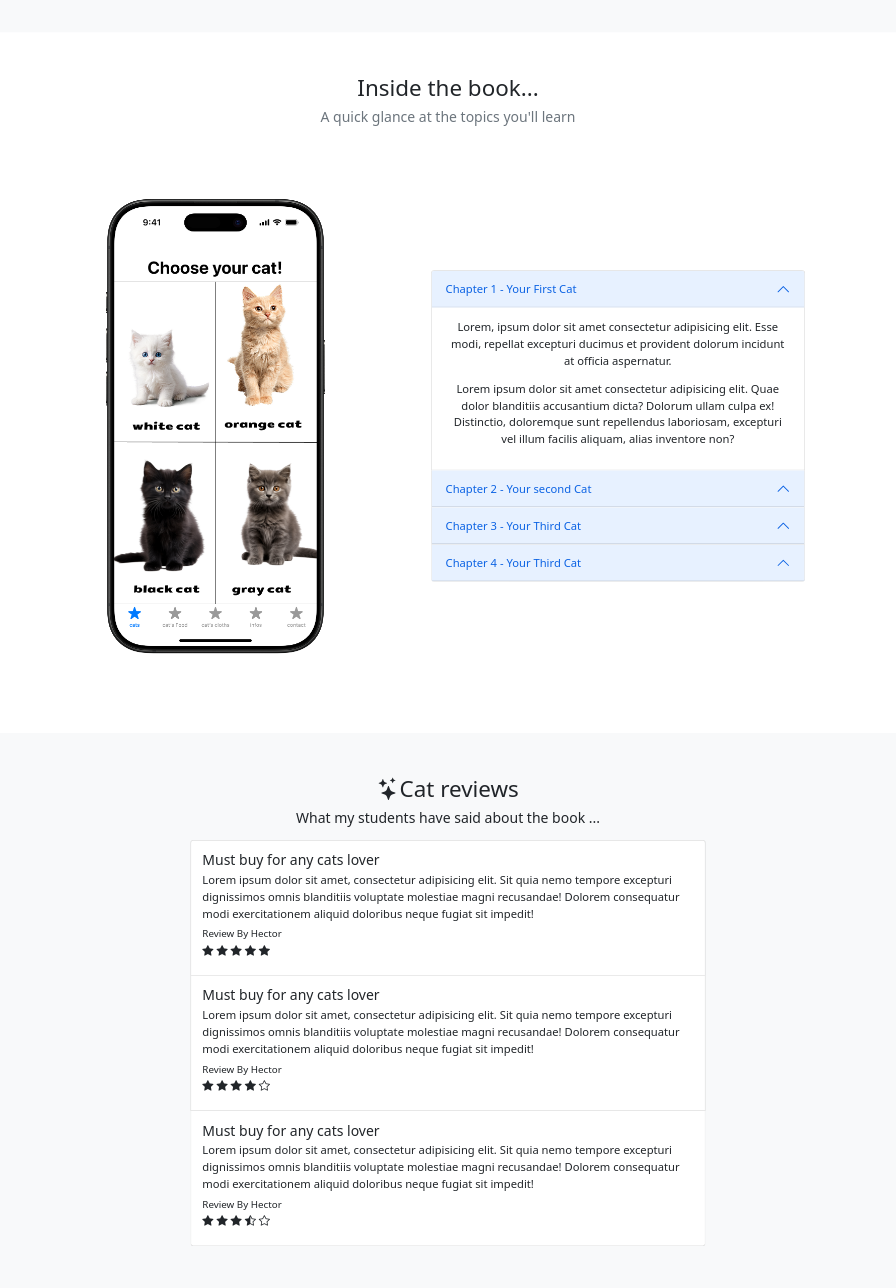
Repository: rihebtlh/catty-storefront
Page: index.html
These files come from the project's save history. The page is drawn as it stood at one moment and after the next save; the edit follows.
The browser window is 1280 px wide. The pictures show the part of the page from y = 1413 to 3333 px (the page is 3253 px tall before and 3333 px after), at 70% of full size.

Above is the page before, as saved 2025-06-18 16:45:05.

### index.html
<!DOCTYPE html>
<html lang="en">
<head>
  <meta charset="UTF-8" />
  <meta name="viewport" content="width=device-width, initial-scale=1.0" />
  <link
    href="https://cdn.jsdelivr.net/npm/bootstrap@5.0.2/dist/css/bootstrap.min.css"
    rel="stylesheet"
    integrity="sha384-EVSTQN3/azprG1Anm3QDgpJLIm9Nao0Yz1ztcQTwFspd3yD65VohhpuuCOmLASjC"
    crossorigin="anonymous"
  />
  <link rel="stylesheet" href="https://cdn.jsdelivr.net/npm/bootstrap-icons@1.13.1/font/bootstrap-icons.min.css">
  <title>Catty</title>
  <style>
    section {
      padding: 60px 0;
    }
  </style>
</head>
<body>
  <!-- Navbar -->
    <nav class="navbar navbar-expand-md navbar-light bg-light">
        <div class="container-xxl">
            <a href="#intro" class="navbar-brand">
                <span class="fw-bold text-secondary">Catty - find your cat</span>
            </a>
      <!-- Toggle button -->
            <button
                class="navbar-toggler"
                type="button"
                data-bs-toggle="collapse"
                data-bs-target="#main-nav"
                aria-controls="main-nav"
                aria-expanded="false"
                aria-label="Toggle navigation">
                <span class="navbar-toggler-icon"></span>
            </button>
      <!-- Navbar links -->
            <div class="collapse navbar-collapse justify-content-end align-center" id="main-nav">
                <ul class="navbar-nav">
                <li class="nav-item">
                    <a class="nav-link" href="#topics">About</a>
                </li>
                <li class="nav-item">
                    <a class="nav-link" href="#reviews">Reviews</a>
                </li>
                <li class="nav-item">
                    <a class="nav-link" href="#contact">Get in Touch</a>
                </li>
                <li class="nav-item d-md-none">
                    <a class="nav-link" href="#pricing">Pricing</a>
                </li>
                <li class="nav-item ms-2 d-none d-md-inline">
                    <a class="btn btn-secondary" href="#pricing">Get it Now</a>
                </li>
                </ul>
            </div>
        </div>
    </nav>

  <!-- Main image & intro text -->
  <section id="intro">
    <div class="container-lg">
      <div class="row justify-content-center align-items-center">
        <div class="col-md-5 text-center text-md-start">
          <h1>
            <div class="display-2">Catty</div>
            <div class="display-5 text-muted">Where every kitty feels at home</div>
          </h1>
          <p class="lead my-4 text-muted">
            Lorem ipsum dolor sit amet consectetur adipisicing elit.
          </p>
          <a href="#pricing" class="btn btn-secondary btn-lg">Get your cat Now!</a>
        </div>
        <div class="col-md-5 text-center d-none d-md-block">
          <img class="img-fluid" src="/assets/catLogo.webp" alt="cat" />
        </div>
      </div>
    </div>
  </section>

    <!-- pricing plans -->
    <!-- pricing plans -->
  <section id="pricing" class="bg-light mt-5">
    <div class="container-lg">
      <div class="text-center">
        <h2>Pricing Plans</h2>
        <p class="lead text-muted">Choose a pricing plan to suit you.</p>
      </div>

      <div class="row my-5 g-0 align-items-center justify-content-center"> <!--g-0 is for the gap so this one there's no gap-->
        <div class="col-8 col-lg-4 col-xl-3">
          <div class="card border-0">
            <div class="card-body text-center py-4">
              <h4 class="card-title">Starter Edition</h4>
              <p class="lead card-subtitle">eBook download only</p>
              <p class="display-5 my-4 text-primary fw-bold">$12.99</p>
              <p class="card-text mx-5 text-muted d-none d-lg-block">Lorem ipsum dolor sit amet consectetur adipisicing elit. Mollitia, vitae magni! Repellat commodi a fuga corporis saepe dolorum.</p>
              <a href="#" class="btn btn-outline-primary btn-lg mt-3">
                Buy Now
              </a>
            </div>
          </div>
        </div>

        <div class="col-9 col-lg-4">
          <div class="card border-primary border-2">
            <div class="card-header text-center text-primary">Most Popular</div>
            <div class="card-body text-center py-5">
              <h4 class="card-title">Complete Edition</h4>
              <p class="lead card-subtitle">eBook download & all updates</p>
              <p class="display-4 my-4 text-primary fw-bold">$18.99</p>
              <p class="card-text mx-5 text-muted d-none d-lg-block">Lorem ipsum dolor sit amet consectetur adipisicing elit. Mollitia, vitae magni! Repellat commodi a fuga corporis saepe dolorum.</p>
              <a href="#" class="btn btn-outline-primary btn-lg mt-3">
                Buy Now
              </a>
            </div>
          </div>
        </div>

        <div class="col-8 col-lg-4 col-xl-3">
          <div class="card border-0">
            <div class="card-body text-center py-4">
              <h4 class="card-title">Ultimate Edition</h4>
              <p class="lead card-subtitle">download, updates & extras</p>
              <p class="display-5 my-4 text-primary fw-bold">$24.99</p>
              <p class="card-text mx-5 text-muted d-none d-lg-block">Lorem ipsum dolor sit amet consectetur adipisicing elit. Mollitia, vitae magni! Repellat commodi a fuga corporis saepe dolorum.</p>
              <a href="#" class="btn btn-outline-primary btn-lg mt-3">
                Buy Now
              </a>
            </div>
          </div>
        </div>
      </div>
    </div><!-- end container -->
  </section>

    <!-- topics at a glance -->
     <section class="topics">
      <div class="container-md"> <!--100% width until meduim screens qt thispoint it will get everything at the middle-->
        <div class="text-center">
          <h2>Inside the book...</h2>
          <p class="lead text-muted">
            A quick glance at the topics you'll learn
          </p>
          <div class="row my-5 g-5 justify-content-around align-items-center">
            <div class="col-6 col-lg-4">
              <img src="/assets/phone.png" class="img-fluid" alt="ebook">
            </div>
            <div class="col-lg-6">
            <!-- accordion 1-->
            <div class="accordion" id="chapters">
              <div class="accordion-item">
                <h2 class="accordion-header" id="heading-1">
                  <button class="accordion-button" type="button" data-bs-toggle="collapse" data-bs-target="#chapter-1" aria-expanded="true" aria-controls="chapter-1">
                    Chapter 1 - Your First Cat
                  </button>
                </h2>
                <div id="chapter-1" class="accordion-collapse collapse show" aria-labelledby="heading-1" data-bs-parent="#chapters">
                  <div class="accordion-body">
                    <p>Lorem, ipsum dolor sit amet consectetur adipisicing elit. Esse modi, repellat excepturi ducimus et provident dolorum incidunt at officia aspernatur.</p>
                    <p>Lorem ipsum dolor sit amet consectetur adipisicing elit. Quae dolor blanditiis accusantium dicta? Dolorum ullam culpa ex! Distinctio, doloremque sunt repellendus laboriosam, excepturi vel illum facilis aliquam, alias inventore non?</p>

                  </div>
                </div>
              </div>
              <!-- accordion 2-->
              <div class="accordion-item">
                <h2 class="accordion-header" id="heading-2">
                  <button class="accordion-button" type="button" data-bs-toggle="collapse" data-bs-target="#chapter-2" aria-expanded="true" aria-controls="chapter-2">
                    Chapter 2 - Your second Cat
                  </button>
                </h2>
                <div id="chapter-2" class="accordion-collapse collapse" aria-labelledby="heading-2" data-bs-parent="#chapters">
                  <div class="accordion-body">
                    <p>Lorem, ipsum dolor sit amet consectetur adipisicing elit. Esse modi, repellat excepturi ducimus et provident dolorum incidunt at officia aspernatur.</p>
                    <p>Lorem ipsum dolor sit amet consectetur adipisicing elit. Quae dolor blanditiis accusantium dicta? Dolorum ullam culpa ex! Distinctio, doloremque sunt repellendus laboriosam, excepturi vel illum facilis aliquam, alias inventore non?</p>
                  </div>
                </div>
              </div>

              <!-- accordion 3-->
              <div class="accordion-item">
                <h2 class="accordion-header" id="heading-3">
                  <button class="accordion-button" type="button" data-bs-toggle="collapse" data-bs-target="#chapter-3" aria-expanded="true" aria-controls="chapter-3">
                    Chapter 3 - Your Third Cat
                  </button>
                </h2>
                <div id="chapter-3" class="accordion-collapse collapse" aria-labelledby="heading-3" data-bs-parent="#chapters">
                  <div class="accordion-body">
                    <p>Lorem, ipsum dolor sit amet consectetur adipisicing elit. Esse modi, repellat excepturi ducimus et provident dolorum incidunt at officia aspernatur.</p>
                    <p>Lorem ipsum dolor sit amet consectetur adipisicing elit. Quae dolor blanditiis accusantium dicta? Dolorum ullam culpa ex! Distinctio, doloremque sunt repellendus laboriosam, excepturi vel illum facilis aliquam, alias inventore non?</p>
                  </div>
                </div>
              </div>

              <!-- accordion 4-->
              <div class="accordion-item">
                <h2 class="accordion-header" id="heading-4">
                  <button class="accordion-button" type="button" data-bs-toggle="collapse" data-bs-target="#chapter-4" aria-expanded="true" aria-controls="chapter-4">
                    Chapter 4 - Your Third Cat
                  </button>
                </h2>
                <div id="chapter-4" class="accordion-collapse collapse" aria-labelledby="heading-4" data-bs-parent="#chapters">
                  <div class="accordion-body">
                    <p>Lorem, ipsum dolor sit amet consectetur adipisicing elit. Esse modi, repellat excepturi ducimus et provident dolorum incidunt at officia aspernatur.</p>
                    <p>Lorem ipsum dolor sit amet consectetur adipisicing elit. Quae dolor blanditiis accusantium dicta? Dolorum ullam culpa ex! Distinctio, doloremque sunt repellendus laboriosam, excepturi vel illum facilis aliquam, alias inventore non?</p>
                  </div>
                </div>
              </div>
              </div>

            </div>

          </div><!--around: spred around any free space (all the gaps are equal)-->
        </div>
      </div>
     </section>



    <!-- reviews list -->
    <section class="bg-light" id="reviews">
      <div class="container-lg">
        <div class="text-center">
          <h2><i class="bi bi-stars"></i>Cat reviews</h2>
          <p class="lead">What my students have said about the book ...</p>
        </div>
        <div class="row justify-content-center">
          <div class="col-lg-8">
            <div class="list-group">
              <div class="list-group-item py-3">
                <h5 class="mb-1">Must buy for any cats lover</h5>
                <p class="mb-1">Lorem ipsum dolor sit amet, consectetur adipisicing elit. Sit quia nemo tempore excepturi dignissimos omnis blanditiis voluptate molestiae magni recusandae! Dolorem consequatur modi exercitationem aliquid doloribus neque fugiat sit impedit!</p>
                <small>Review By Hector</small>
                <div class="pb-2">
                  <i class="bi bi-star-fill"></i>
                  <i class="bi bi-star-fill"></i>
                  <i class="bi bi-star-fill"></i>
                  <i class="bi bi-star-fill"></i>
                  <i class="bi bi-star-fill"></i>
                </div>
              </div>
              <div class="list-group-item py-3">
                <h5 class="mb-1">Must buy for any cats lover</h5>
                <p class="mb-1">Lorem ipsum dolor sit amet, consectetur adipisicing elit. Sit quia nemo tempore excepturi dignissimos omnis blanditiis voluptate molestiae magni recusandae! Dolorem consequatur modi exercitationem aliquid doloribus neque fugiat sit impedit!</p>
                <small>Review By Hector</small>
                <div class="pb-2">
                  <i class="bi bi-star-fill"></i>
                  <i class="bi bi-star-fill"></i>
                  <i class="bi bi-star-fill"></i>
                  <i class="bi bi-star-fill"></i>
                  <i class="bi bi-star"></i>
                </div>
              </div>
              <div class="list-group-item py-3">
                <h5 class="mb-1">Must buy for any cats lover</h5>
                <p class="mb-1">Lorem ipsum dolor sit amet, consectetur adipisicing elit. Sit quia nemo tempore excepturi dignissimos omnis blanditiis voluptate molestiae magni recusandae! Dolorem consequatur modi exercitationem aliquid doloribus neque fugiat sit impedit!</p>
                <small>Review By Hector</small>
                <div class="pb-2">
                  <i class="bi bi-star-fill"></i>
                  <i class="bi bi-star-fill"></i>
                  <i class="bi bi-star-fill"></i>
                  <i class="bi bi-star-half"></i>
                  <i class="bi bi-star"></i>
                </div>
              </div>
            </div>
          </div>
        </div>
      </div>
    </section>
    <!-- contact form -->


    <!-- get updates / modal trigger -->

  <!-- Bootstrap JS -->
  <script
    src="https://cdn.jsdelivr.net/npm/bootstrap@5.0.2/dist/js/bootstrap.bundle.min.js"
    integrity="sha384-MrcW6ZMFYlzcLA8Nl+NtUVF0sA7MsXsP1UyJoMp4YLEuNSfAP+JcXn/tWtIaxVXM"
    crossorigin="anonymous"
  ></script>
</body>
</html>

After the next save:
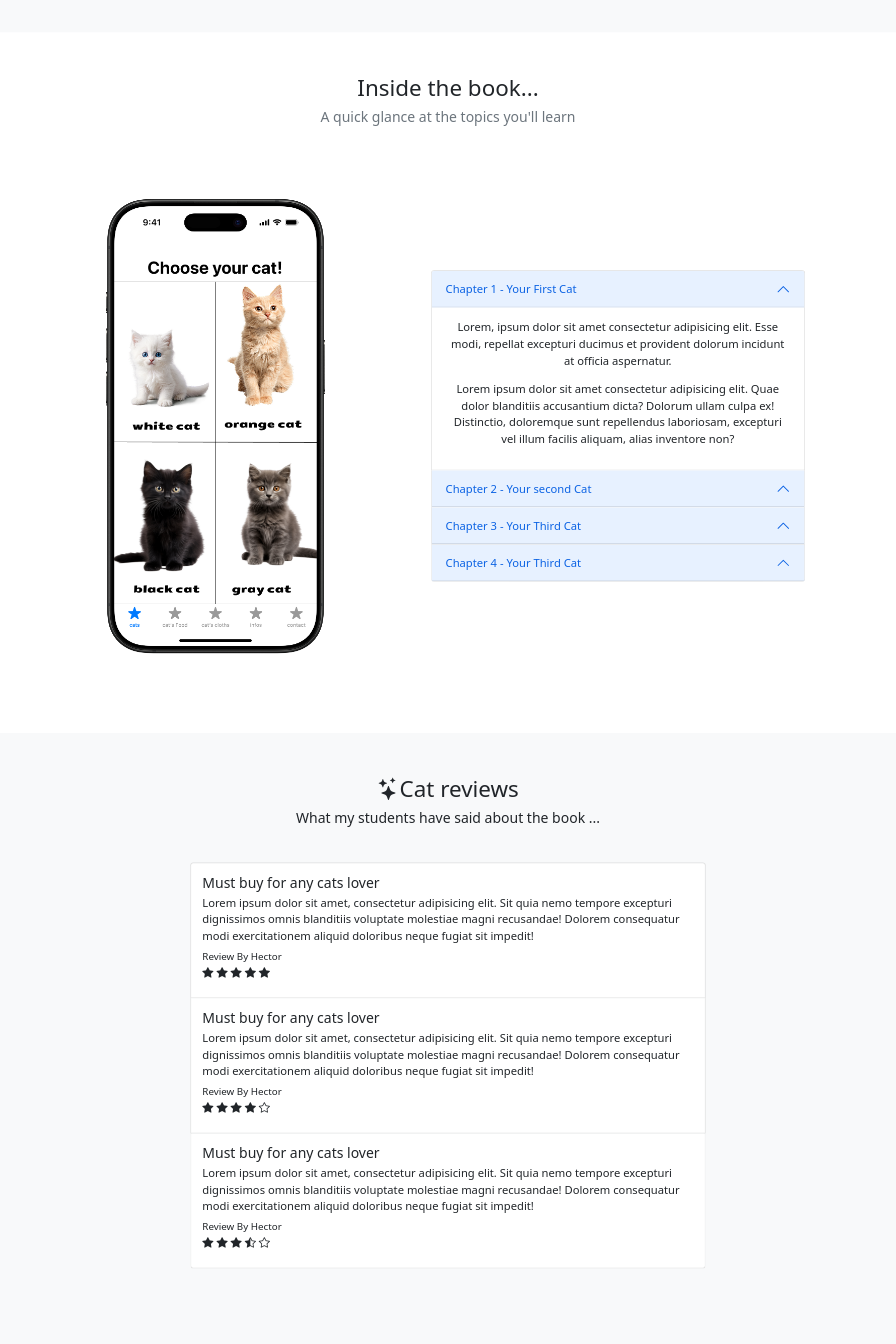
Saved 26 s later.
--- a/index.html
+++ b/index.html
@@ -226,7 +226,7 @@
           <h2><i class="bi bi-stars"></i>Cat reviews</h2>
           <p class="lead">What my students have said about the book ...</p>
         </div>
-        <div class="row justify-content-center">
+        <div class="row justify-content-center my-5">
           <div class="col-lg-8">
             <div class="list-group">
               <div class="list-group-item py-3">

After the save that followed:
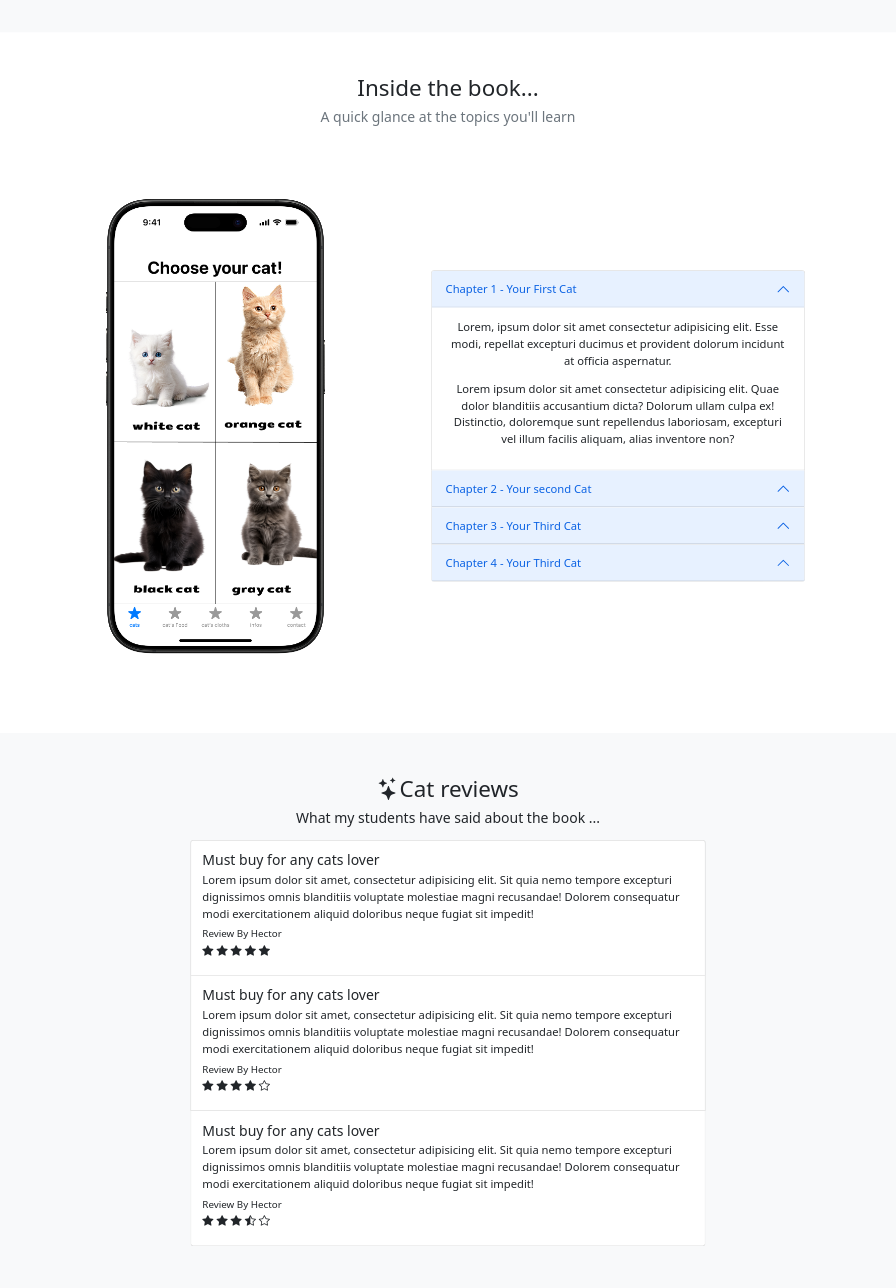
Saved 7 s later.
--- a/index.html
+++ b/index.html
@@ -226,7 +226,7 @@
           <h2><i class="bi bi-stars"></i>Cat reviews</h2>
           <p class="lead">What my students have said about the book ...</p>
         </div>
-        <div class="row justify-content-center my-5">
+        <div class="row justify-content-center">
           <div class="col-lg-8">
             <div class="list-group">
               <div class="list-group-item py-3">
